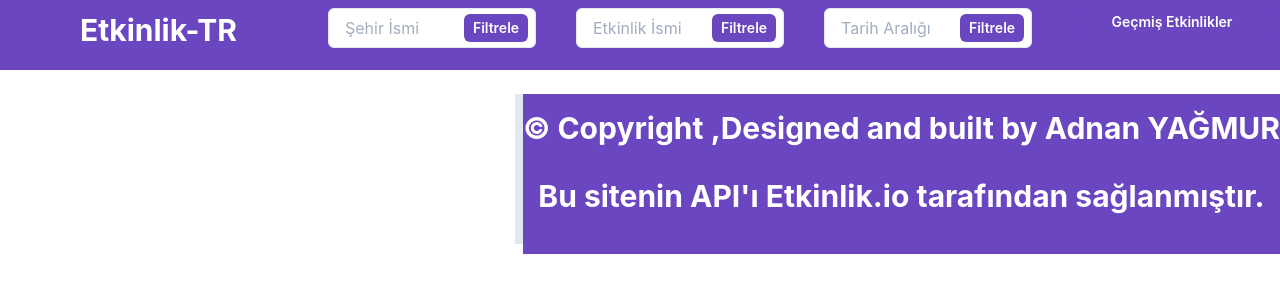
Repository: adnanyagmur/EtsTur-FrontEnd-Hiring-Challange
Page: /
An editor plug-in stored every save of this project. The page is shown before and after the next save, followed by the edit.
The browser window is 1280 px wide. The pictures show the whole page.
The page's requests for data from a server got no answer. The project was rebuilt for these pictures with package versions that can differ from the ones it lists, and the page was loaded fresh each time. No one was signed in, and anything a server would have sent is missing. Also part of the build but not shown: src/index.css, src/components/detailPage/DetailPage.jsx, src/components/eventList/EventList.jsx, src/pastApi/json.js, src/components/pastEventList/PastList.jsx.

Above is the page before, as saved 2022-06-21 16:32:24.

### src/index.js
import React from 'react';
import ReactDOM from 'react-dom/client';
import './index.css';
import App from './App';
import {BrowserRouter} from "react-router-dom";
import { ChakraProvider, theme } from '@chakra-ui/react'



const root = ReactDOM.createRoot(document.getElementById('root'));
root.render(
  <React.StrictMode>
    <BrowserRouter>
    <ChakraProvider theme={theme}>
    <App />
    </ChakraProvider>
    </BrowserRouter>
  </React.StrictMode>
);

### src/App.js

import { Route, Routes } from "react-router-dom";
import DetailPage from "./components/detailPage/DetailPage";
import HomePage from "./components/hompage/HomePage";
import PastList from "./components/pastEventList/PastList"





function App() {

  return (
    <div>

    <Routes>
      <Route path="/" element={<HomePage></HomePage>}></Route>
      <Route path="/detailPage" element={<DetailPage></DetailPage>}></Route>

      /gecmisEtkinlikler

      <Route path="/gecmisEtkinlikler" element={<PastList></PastList>}></Route>

    </Routes>

    </div>

  );
}

export default App;

### src/components/hompage/HomePage.jsx
import React, {useState, useEffect} from 'react';
import axios from 'axios';
import EventList from '../eventList/EventList';
import {Grid,Box,GridItem,Text,SimpleGrid,Input,InputGroup,Button,InputRightElement} from '@chakra-ui/react';
import  {useNavigate} from 'react-router-dom';
function HomePage() {

  const navigation = useNavigate();

const handleClick = (()=> {
    navigation("/gecmisEtkinlikler")
})

  const [eventList, setEventList] = useState([])

  useEffect(()=> {
      axios.get(
        'https://backend.etkinlik.io/api/v2/events',{headers: {
          "X-Etkinlik-Token" : "966d3071605c47ca2a58476b4b0083b1"
        }
      }
        ).then(res => {
          setEventList(res.data);
          //console.log(res.data);
        }).catch(error => console.log(error))
    },[]);

console.log(eventList)

    return(
        <div>
<div>

<Grid
  templateAreas={`"header header"
                  "nav main"
                  "nav footer"`}
  gridTemplateRows={'70px 1fr 150px'}
  gridTemplateColumns={'1fr'}
  h='200px'
  gap='1'
  color='blackAlpha.700'
  fontWeight='bold'
>
  <GridItem pt='2' pl='80px' bg='purple.600' color='white' area={'header'}>
  <SimpleGrid columns={[null,5]} spacing='40px'>
  <Text  as='span'  fontSize='3xl' >Etkinlik-TR</Text>
  <InputGroup as='span'  size='md'>
      <Input
        pr='4.5rem'
        bg='white'
        color='black'
        placeholder='Şehir İsmi'
      />
      <InputRightElement width='4.5rem'>
        <Button bg='purple.600' mr='2' h='1.75rem' size='sm' /* onClick={handleClick} */>
          Filtrele
        </Button>
      </InputRightElement>
    </InputGroup>
    <InputGroup as='span'  size='md'>
      <Input
        pr='4.5rem'
        bg='white'
        color='black'
        placeholder='Etkinlik İsmi'
      />
      <InputRightElement width='4.5rem'>
        <Button bg='purple.600' mr='2' h='1.75rem' size='sm' /* onClick={handleClick} */>
          Filtrele
        </Button>
      </InputRightElement>
    </InputGroup>
    <InputGroup as='span'  size='md'>
      <Input
        pr='4.5rem'
        bg='white'
        color='black'
        placeholder='Tarih Aralığı'
      />
      <InputRightElement width='4.5rem'>
        <Button bg='purple.600' mr='2' h='1.75rem' size='sm' /* onClick={handleClick} */>
          Filtrele
        </Button>
      </InputRightElement>
    </InputGroup>
    <Button bg='purple.600' mr='2' h='1.75rem' size='sm' borderColor='white' onClick={handleClick} >
          Geçmiş Etkinlikler
        </Button>
</SimpleGrid>


  </GridItem>

  <GridItem pl='6' pt='4' pr='6' bg='white' area={'main'} >

  <SimpleGrid columns={[1, null,2, 3,4,5]} spacing='40px'>




  {eventList.items?.map((eventList,key)=>






  <EventList key={eventList?.id}
      eventid={eventList?.id}
      name={eventList?.name}
      image={eventList?.poster_url}
      category={eventList?.category?.name}
      description={eventList?.content?.replace("<br /><br />"," ").replace("<br /><br />"," ").replace("</strong>"," ").replace("<br />"," ")
      .replace("<strong>"," ").replace("<br /><strong>"," ")
    .replace("</strong><br />"," ")
  .replace("</p>"," ").replace("<p>"," ").replace("<p>"," ")
.replace("</p>"," ").replace("<br /><br />"," ").replace("<br /><br />"," ").replace("</strong>"," ").replace("<br />"," ")
.replace("<strong>"," ").replace("<br /><strong>"," ")
.replace("</strong><br />"," ")
.replace("</p>"," ").replace("<p>"," ").replace("<p>"," ")
.replace("</p>"," ").replace("<br /><br />"," ").replace("<br /><br />"," ").replace("</strong>"," ").replace("<br />"," ")
.replace("<strong>"," ").replace("<br /><strong>"," ")
.replace("</strong><br />"," ")
.replace("</p>"," ").replace("<p>"," ").replace("<p>"," ")
.replace("</p>"," ").replace("<br /><br />"," ").replace("<br /><br />"," ").replace("</strong>"," ").replace("<br />"," ")
.replace("<strong>"," ").replace("<br /><strong>"," ")
.replace("</strong><br />"," ")
.replace("</p>"," ").replace("<p>"," ").replace("<p>"," ")
.replace("</p>"," ").replace("<br /><br />"," ").replace("<br /><br />"," ").replace("</strong>"," ").replace("<br />"," ")
.replace("<strong>"," ").replace("<br /><strong>"," ")
.replace("</strong><br />"," ")
.replace("</p>"," ").replace("<p>"," ").replace("<p>"," ")
.replace("</p>"," ").replace("<br /><br />"," ").replace("<br /><br />"," ").replace("</strong>"," ").replace("<br />"," ")
.replace("<strong>"," ").replace("<br /><strong>"," ")
.replace("</strong><br />"," ")
.replace("</p>"," ").replace("<p>"," ").replace("<p>"," ")
.replace("</p>"," ").replace("<br /><br />"," ").replace("<br /><br />"," ").replace("</strong>"," ").replace("<br />"," ")
.replace("<strong>"," ").replace("<br /><strong>"," ")
.replace("</strong><br />"," ")
.replace("</p>"," ").replace("<p>"," ").replace("<p>"," ")
.replace("</p>"," ").replace("<br /><br />"," ").replace("<br /><br />"," ").replace("</strong>"," ").replace("<br />"," ")
.replace("<strong>"," ").replace("<br /><strong>"," ")
.replace("</strong><br />"," ")
.replace("</p>"," ").replace("<p>"," ").replace("<p>"," ")                  //////asdasd
.replace("</p>"," ").replace("<br /><br />"," ").replace("<br /><br />"," ").replace("</strong>"," ").replace("<br />"," ")
.replace("<strong>"," ").replace("<br /><strong>"," ")
.replace("</strong><br />"," ")
.replace("</p>","").replace("<p>"," ").replace("<p>"," ")
.replace("</p>"," ").replace("<br /><br />"," ").replace("<br /><br />"," ").replace("</strong>"," ").replace("<br />"," ")
.replace("<strong>"," ").replace("<br /><strong>"," ")
.replace("</strong><br />"," ")
.replace("</p>"," ").replace("<p>"," ").replace("<p>"," ")
.replace("</p>"," ").replace("<br /><br />"," ").replace("<br /><br />"," ").replace("</strong>"," ").replace("<br />"," ")
.replace("<strong>"," ").replace("<br /><strong>"," ")
.replace("</strong><br />"," ")
.replace("</p>"," ").replace("<p>"," ").replace("<p>"," ")
.replace("</p>"," ").replace("<br /><br />"," ").replace("<br /><br />"," ").replace("</strong>"," ").replace("<br />"," ")
.replace("<strong>"," ").replace("<br /><strong>"," ")
.replace("</strong><br />"," ")
.replace("</p>"," ").replace("<p>"," ").replace("<p>"," ")
.replace("</p>"," ").replace("<br /><br />"," ").replace("<br /><br />"," ").replace("</strong>"," ").replace("<br />"," ")
.replace("<strong>"," ").replace("<br /><strong>"," ")
.replace("</strong><br />"," ")
.replace("</p>"," ").replace("<p>"," ").replace("<p>"," ")
.replace("</p>"," ").replace("<br /><br />"," ").replace("<br /><br />"," ").replace("</strong>"," ").replace("<br />"," ")
.replace("<strong>"," ").replace("<br /><strong>"," ")
.replace("</strong><br />"," ")
.replace("</p>"," ").replace("<p>"," ").replace("<p>"," ")
.replace("</p>"," ").replace("<br /><br />"," ").replace("<br /><br />"," ").replace("</strong>"," ").replace("<br />"," ")
.replace("<strong>"," ").replace("<br /><strong>"," ")
.replace("</strong><br />"," ")
.replace("</p>"," ").replace("<p>"," ").replace("<p>"," ")
.replace("</p>"," ").replace("<br /><br />"," ").replace("<br /><br />"," ").replace("</strong>"," ").replace("<br />"," ")
.replace("<strong>"," ").replace("<br /><strong>"," ")
.replace("</strong><br />"," ")
.replace("</p>"," ").replace("<p>"," ").replace("<p>"," ")
.replace("</p>"," ").replace("<br /><br />"," ").replace("<br /><br />"," ").replace("</strong>"," ").replace("<br />"," ")
.replace("<strong>"," ").replace("<br /><strong>"," ")
.replace("</strong><br />"," ")
.replace("</p>"," ").replace("<p>"," ").replace("<p>"," ")
.replace("</p>"," ").replace("<br /><br />"," ").replace("<br /><br />"," ").replace("</strong>"," ").replace("<br />"," ")
.replace("<strong>"," ").replace("<br /><strong>"," ")
.replace("</strong><br />"," ")
.replace("</p>"," ").replace("<p>"," ").replace("<p>"," ")
.replace("</p>"," ").replace("<em>"," ").replace("</em>"," ").replace("<br />"," ")
.replace("<br />"," ")}
      price={eventList?.is_free}
      basTarihi ={eventList?.start?.replace("T","   Time :  ")}
      bitisTarihi ={eventList?.end?.replace("T","   Time :  ")}
      venue ={eventList?.venue?.name}
      ticketLink={eventList?.ticket_url}
      address={eventList?.venue?.address}
      city={eventList?.venue?.city?.name}
      district ={eventList?.venue?.district?.name}
      eventList ={eventList}
      >

      </EventList>


  )}
  </SimpleGrid>
  </GridItem>
  <GridItem pl='2' bg='gray.200' area={'footer'}>
  <SimpleGrid  columns={1} color='white' >
  <Box pt='3' bg='purple.600' textAlign="center" height='80px'> <Text    fontSize='3xl' >© Copyright ,Designed and built by Adnan YAĞMUR</Text></Box>
  <Box bg='purple.600' textAlign="center" height='80px'><Text    fontSize='3xl' >Bu sitenin API'ı <a href='https://etkinlik.io/'>Etkinlik.io</a> tarafından sağlanmıştır.</Text></Box>
</SimpleGrid>
  </GridItem>
</Grid>





      </div>
        </div>
    )
}

export default HomePage;

Loaded but not shown: public/index.html (common file)

After the next save:
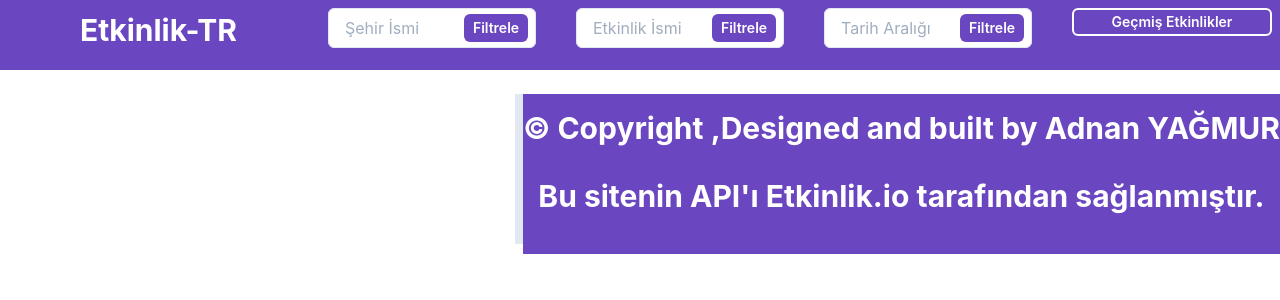
Saved 58 s later.
--- a/src/components/hompage/HomePage.jsx
+++ b/src/components/hompage/HomePage.jsx
@@ -84,7 +84,7 @@ console.log(eventList)
         </Button>
       </InputRightElement>
     </InputGroup>
-    <Button bg='purple.600' mr='2' h='1.75rem' size='sm' borderColor='white' onClick={handleClick} >
+    <Button bg='purple.600' mr='2' h='1.75rem' size='sm' border='2px' borderColor='white' onClick={handleClick} >
           Geçmiş Etkinlikler
         </Button>
 </SimpleGrid>
